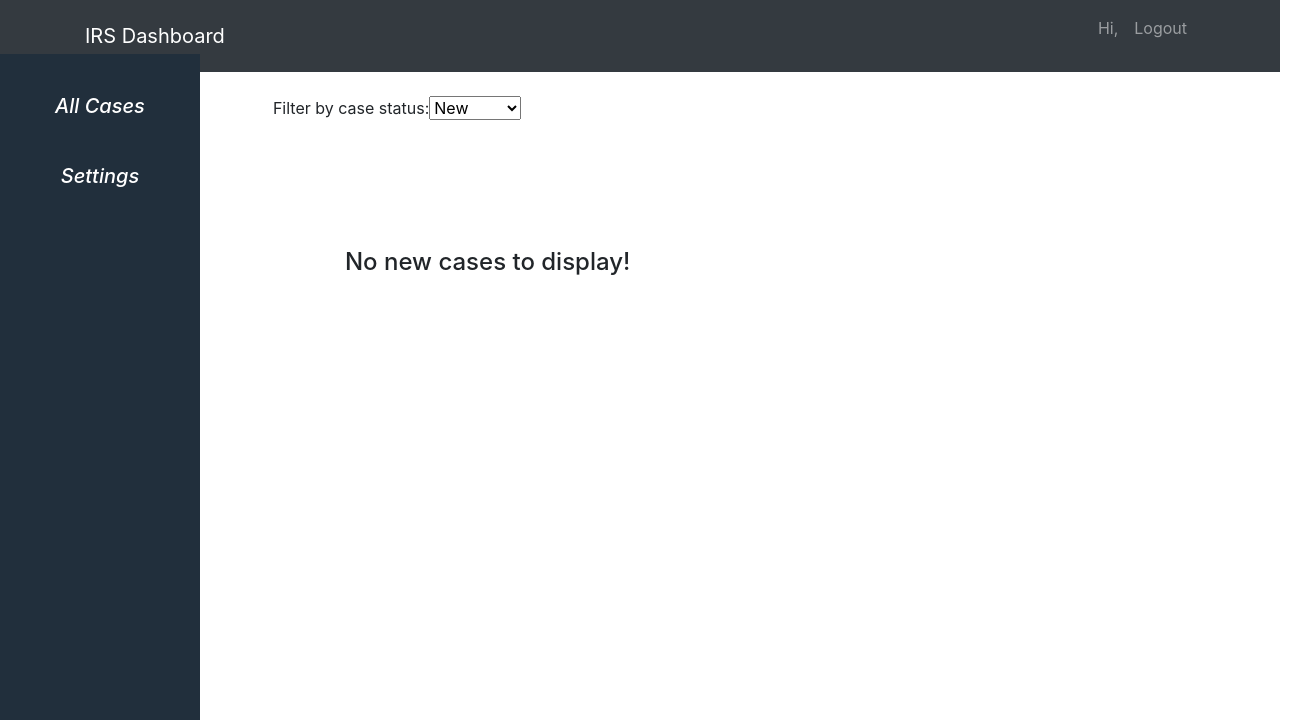
Repository: greeshmavyas/IRS_CS
Page: /AgentDashboard (app in AgentManagement/Frontend/)
These files come from the project's save history. The page is drawn as it stood at one moment and after the next save; the edit follows.
The browser window is 1280 px wide. The page is 1295 px wide, so the pictures cover 1295 px, including what lies to the right of the window. The pictures show the whole page.
Some web libraries are served in a nearby version. The project was rebuilt for these pictures with package versions that can differ from the ones it lists, and the page was loaded fresh each time. Also part of the build but not shown: AgentManagement/Frontend/src/components/NavbarLogin.js, AgentManagement/Frontend/src/components/login.js, AgentManagement/Frontend/src/components/updateProfile.js, AgentManagement/frontend/src/App.css.

Above is the page before, as saved 2020-10-27 11:28:58.

### AgentManagement/frontend/public/index.html
<!DOCTYPE html>
<html lang="en">
  <head>
    <meta charset="utf-8" />
    <link rel="icon" href="%PUBLIC_URL%/favicon.ico" />
    <meta name="viewport" content="width=device-width, initial-scale=1" />
    <meta name="theme-color" content="#000000" />
    <meta
      name="description"
      content="Web site created using create-react-app"
    />
    <link rel="apple-touch-icon" href="%PUBLIC_URL%/logo192.png" />
    <!--
      manifest.json provides metadata used when your web app is installed on a
      user's mobile device or desktop. See https://developers.google.com/web/fundamentals/web-app-manifest/
    -->
    <link rel="manifest" href="%PUBLIC_URL%/manifest.json" />
    <link rel="stylesheet" href="https://stackpath.bootstrapcdn.com/bootstrap/4.4.1/css/bootstrap.min.css"
      integrity="sha384-Vkoo8x4CGsO3+Hhxv8T/Q5PaXtkKtu6ug5TOeNV6gBiFeWPGFN9MuhOf23Q9Ifjh" crossorigin="anonymous">
    <script src="https://kit.fontawesome.com/db1fc867ad.js" crossorigin="anonymous"></script>
    <!--
      Notice the use of %PUBLIC_URL% in the tags above.
      It will be replaced with the URL of the `public` folder during the build.
      Only files inside the `public` folder can be referenced from the HTML.

      Unlike "/favicon.ico" or "favicon.ico", "%PUBLIC_URL%/favicon.ico" will
      work correctly both with client-side routing and a non-root public URL.
      Learn how to configure a non-root public URL by running `npm run build`.
    -->
    <title>React App</title>
  </head>
  <body>
    <noscript>You need to enable JavaScript to run this app.</noscript>
    <div id="root"></div>
    <script src="https://code.jquery.com/jquery-3.4.1.slim.min.js"
      integrity="sha384-J6qa4849blE2+poT4WnyKhv5vZF5SrPo0iEjwBvKU7imGFAV0wwj1yYfoRSJoZ+n" crossorigin="anonymous"></script>
    <script src="https://cdn.jsdelivr.net/npm/popper.js@1.16.0/dist/umd/popper.min.js"
      integrity="sha384-Q6E9RHvbIyZFJoft+2mJbHaEWldlvI9IOYy5n3zV9zzTtmI3UksdQRVvoxMfooAo" crossorigin="anonymous"></script>
    <script src="https://stackpath.bootstrapcdn.com/bootstrap/4.4.1/js/bootstrap.min.js"
      integrity="sha384-wfSDF2E50Y2D1uUdj0O3uMBJnjuUD4Ih7YwaYd1iqfktj0Uod8GCExl3Og8ifwB6" crossorigin="anonymous"></script>
    <!--
      This HTML file is a template.
      If you open it directly in the browser, you will see an empty page.

      You can add webfonts, meta tags, or analytics to this file.
      The build step will place the bundled scripts into the <body> tag.

      To begin the development, run `npm start` or `yarn start`.
      To create a production bundle, use `npm run build` or `yarn build`.
    -->
  </body>
</html>

### AgentManagement/Frontend/src/App.js
import React from 'react';
import { BrowserRouter } from 'react-router-dom';
import Main from "./Main"
import './App.css';

function App() {
  return (
    <div>
      <BrowserRouter>
        <Main />
      </BrowserRouter>
    </div>
  );
}

export default App;

### AgentManagement/Frontend/src/Main.js
import React, { Component } from 'react';
import { Route } from 'react-router-dom';
import login from './components/login';
import Dashboard from './components/Dashboard';
import updateProfile from './components/updateProfile';

 class Main extends Component {
    render() {
        return (
          <div>
            <Route exact path="/" component={login} />
            <Route exact path="/AgentDashboard" component={Dashboard} />
            <Route exact path="/updateProfile" component={updateProfile} />
          </div>
        );
    }
}

export default Main;

### AgentManagement/Frontend/src/components/Dashboard.js
import React, { Component } from 'react';
import axios from "axios";
import NavbarDash from "./NavbarDash";
import { Modal, ModalHeader, ModalBody, ModalFooter } from "reactstrap";
import Sidebar from './Sidebar'
import config from '../config/settings'
import Card from 'react-bootstrap/Card'
import Dropdown from 'react-bootstrap/Dropdown'
import Table from 'react-bootstrap/Table'

class Dashboard extends Component {
  constructor() {
    super();
    this.state = {
      allCases: {},
      viewcase: null,
      modal: false,
      mstatus: "open",
      flag: false
    };

  }

  showModal = () => {
    console.log("hello");
    this.setState({
      modal: !this.state.modal,
    });
  };
  showModal1 = (viewcase) => {
    console.log("hello1");
    this.setState({
      modal: !this.state.modal,
      viewcase: viewcase,
    });
  };

  handleStatusChange = (modalstatus) => {
    this.setState({
      mstatus: modalstatus
    })
  }

  async componentDidMount() {
    console.log("in get all cases frontend")

    let agentID = localStorage.getItem("agentID");
    let organisationID = localStorage.getItem("organisationID")

    axios.defaults.withCredentials = true;
    if(agentID){
      let data = {
        agentID: agentID,
        organisationID: organisationID
      };
      console.log("data is..")
      console.log(data);

      axios({
        method: 'get',
        url: 'http://' + config.hostname + ':' + config.backendPort + '/getCases',
        params: data,
      })
        .then((response) => {
          console.log("response from getCases")
          console.log(response)

          if (response.status === 200) {
            let receivedCases = response.data.cases;
            console.log("received cases")
            console.log(response.data.cases)
            if (receivedCases) {
              this.setState({ allCases: receivedCases, flag: true });
            } else {
              this.setState({ allCases: {} });
            }
          }
          else {
            this.setState({ allCases: {} });
          }

        })
        .catch(error => {
          console.log(error);
          this.setState({ allCases: {} })
        })
    }
    else{
      window.location.reload();
    }

  }

  render() {
    const closeBtn = (
      <button className="close" onClick={() => this.showModal()}>
        &times;
       </button>
    );
    var casedetails;
    if (this.state.flag) {
      casedetails = this.state.allCases.map((ticket) => {
        return (
          <div>
            <div onClick={() => this.showModal1(ticket)} >
                  <Table>
                    <tbody >
                      <tr >
                        <td style={{ width: '10rem' }}> ID: {ticket.CaseID}</td>
                        <td style={{ width: '15rem' }}>Status: {ticket.Status}</td>
                        <td style={{ width: '50rem' }}>{ticket.Information} </td>
                      </tr>
                    </tbody>
                  </Table>
            </div>
          </div>
        );
      });
    }
    return (
      <div>
        <NavbarDash />
        <div className="row">
          <div className="col-2">
            <Sidebar />
          </div>
          <div className="container col-9">
          <form action="/action_page.php">
            <label for="filters">Filter by case status:   </label>
              <select name="status" id="status">
                <option value="New">New</option>
                <option value="Open">Open</option>
                <option value="Resolved">Resolved</option>
                <option value="Pending">Pending</option>
              </select>
            <br></br>
            <br></br>
            <br></br>
          </form>
          {this.state.allCases.length > 0 ? (
              <div className="col-10">
                {casedetails}
                {this.state.viewcase != null ? (
                  <Modal
                    isOpen={this.state.modal}
                    toggle={() => this.showModal()}
                    className="modal-popup-lg"
                    scrollable
                  >
                    <ModalHeader
                      toggle={() => this.showModal()}
                      close={closeBtn}
                    >
                      Case Details
                   </ModalHeader>
                    <ModalBody className="modal-body">
                      <div className=" row form-group">
                        <p className="font-weight col-7">
                          Information : {this.state.viewcase.Information}
                        </p>
                        <div className="col-3">
                          <button class="btn btn-success dropdown-toggle" type="button" id="dropdownMenuButton" data-toggle="dropdown" aria-haspopup="true" aria-expanded="false">
                            {this.state.mstatus}</button>
                          <div class="dropdown-menu" aria-labelledby="dropdownMenuButton">
                            <button onClick={() => this.handleStatusChange("Working")} class="dropdown-item" >Working</button>
                            <button onClick={() => this.handleStatusChange("Resolved")} class="dropdown-item" >Resolved</button>
                            <button onClick={() => this.handleStatusChange("Postponed")} class="dropdown-item" >Postponed</button>
                          </div>
                        </div>
                      </div>
                      <div className="form-group">
                        <p className="font-weight-bold">
                          Resolution Comments : {this.state.viewcase.ResolutionComments}
                        </p>

                      </div>

                    </ModalBody>
                    <ModalFooter>
                    </ModalFooter>
                  </Modal>
                ) : null}
              </div>
            ) : (
                <div>
                  <h4 style={{ margin: "3em" }}>No new cases to display!</h4>
                </div>
              )}
          </div>

        </div>
      </div>
    );
  }
}

export default Dashboard;

### AgentManagement/Frontend/src/config/settings.js
module.exports = {
    "hostname": "localhost",
    "backendPort": 3001,
    'frontendHostName': 'localhost',
    'frontendPort': 3000,
};

### AgentManagement/Frontend/src/components/NavbarDash.js
import React, { Component } from 'react';

class NavbarDash extends Component {

  handleLogout = () => {
    window.localStorage.clear();
  };

  render() {
    return (
      <nav className="navbar navbar-expand-sm navbar-dark bg-dark mb-4">
        <div className="container">
          <a className="navbar-brand" href="/AgentDashboard">
            IRS Dashboard
          </a>
          <button
            className="navbar-toggler"
            type="button"
            data-toggle="collapse"
            data-target="#mobile-nav"
          >
            <span className="navbar-toggler-icon"></span>
          </button>

          <div className="collapse navbar-collapse" id="mobile-nav">

            <ul className="navbar-nav ml-auto">
              <li className="nav-item">
                <p className="nav-link" >
                  Hi, {localStorage.getItem("firstname")}
                </p>
              </li>
              <li className="nav-item">
                <a className="nav-link" href="/" onClick={this.handleLogout}>
                  Logout
                </a>
              </li>
            </ul>
          </div>
        </div>
      </nav>
    );
  }
}

export default NavbarDash;

### AgentManagement/Frontend/src/components/Sidebar.js
import React from 'react';
import styled from 'styled-components';
import { BrowserRouter as Router, Route, Link, withRouter } from "react-router-dom";

const StyledSideNav = styled.div`
    position: fixed;     /* Fixed Sidebar (stay in place on scroll and position relative to viewport) */
    height: 100%;
    width: 200px;     /* Set the width of the sidebar */
    z-index: 1;      /* Stay on top of everything */
    top: 3.4em;      /* Stay at the top */
    background-color: #212F3C ; /* Black */
    overflow-x: hidden;     /* Disable horizontal scroll */
    padding-top: 40px;
    font-style: oblique;
`;

class SideNav extends React.Component {
    constructor(props) {
        super(props);
        this.state = {
            activePath: props.location.pathname,
            items: [
                {
                  path: '/dashboard', /* path is used as id to check which NavItem is active basically */
                  name: 'All Cases',
                  key: 1 /* Key is required, else console throws error. Does this please you Mr. Browser?! */
                },
                {
                    path: '/updateProfile',
                    name: 'Settings',
                    key: 2
                  },
              ]
        }
    }

    onItemClick = (path) => {
        this.setState({ activePath: path });
    }

    render() {
        const { items, activePath } = this.state;
        return(
            <StyledSideNav>
                {
                    items.map((item) => {
                        return (
                            <NavItem
                                path={item.path}
                                name={item.name}
                                onItemClick={this.onItemClick}
                                active={item.path === activePath}
                                key={item.key}
                            />
                        );
                    })
                }
            </StyledSideNav>
        );
    }
}

const RouterSideNav = withRouter(SideNav);

const StyledNavItem = styled.div`
    height: 70px;
    width: 200px; /* width must be same size as NavBar to center */
    text-align: center; /* Aligns <a> inside of NavIcon div */
    margin-bottom: 0;   /* Puts space between NavItems */
    a {
        font-size: 2.7em;
        color: ${(props) => props.active ? "white" : "#FFFFFF"};
        :hover {
            opacity: 0.7;
            text-decoration: none; /* Gets rid of underlining of icons */
        }
    }
`;

class NavItem extends React.Component {
    handleClick = () => {
        const { path, onItemClick } = this.props;
        onItemClick(path);
    }

    render() {
        const { active } = this.props;
        return(

            <StyledNavItem active={active}>

                <Link to={this.props.path}   className={this.props.name} onClick={this.handleClick}>

                    <NavIcon> <h5 color = "#FFFFFF" >{this.props.name}</h5></NavIcon>
                </Link>
            </StyledNavItem>
        );
    }
}

const NavIcon = styled.div`
`;

export default class Sidebar extends React.Component {
    render() {
        return (
            <RouterSideNav></RouterSideNav>
        );
    }
}

Loaded but not shown: AgentManagement/Frontend/src/index.js (common file); AgentManagement/frontend/src/index.css (common file); AgentManagement/frontend/src/serviceWorker.js (common file)

After the next save:
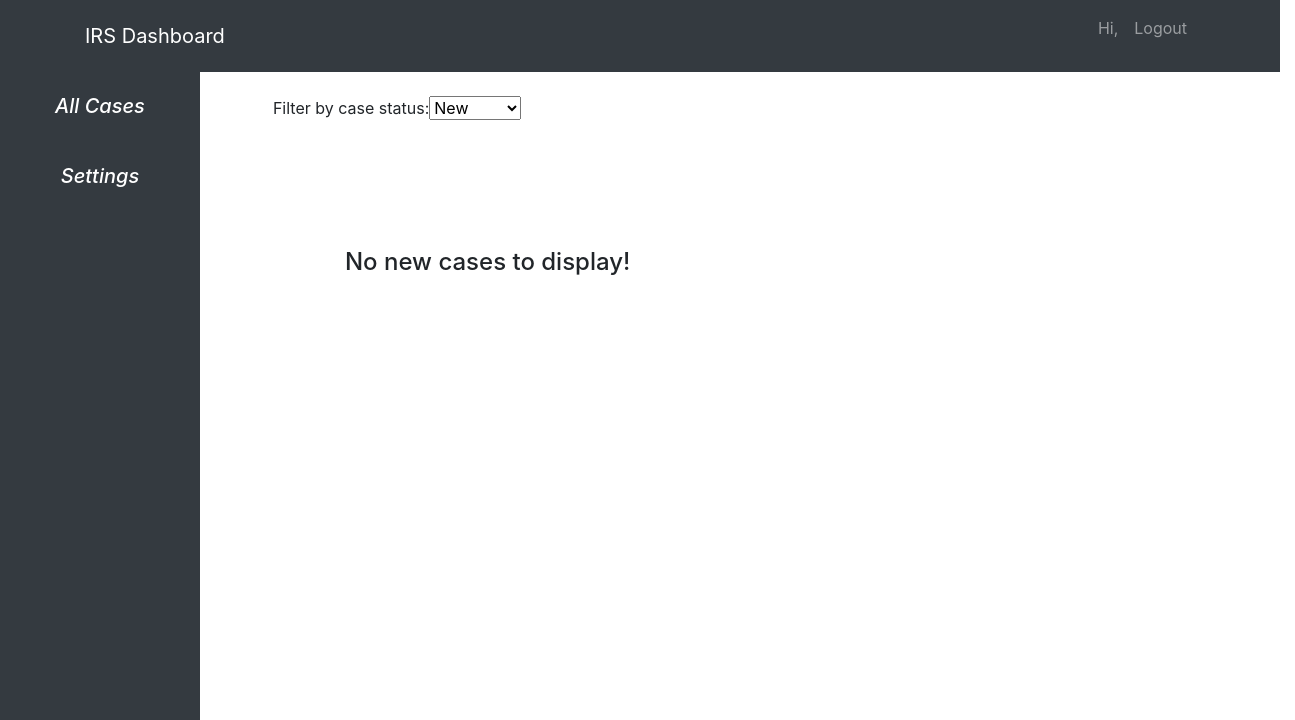
Saved 10 min 16 s later.
--- a/AgentManagement/Frontend/src/components/Sidebar.js
+++ b/AgentManagement/Frontend/src/components/Sidebar.js
@@ -8,7 +8,7 @@ const StyledSideNav = styled.div`
     width: 200px;     /* Set the width of the sidebar */
     z-index: 1;      /* Stay on top of everything */
     top: 3.4em;      /* Stay at the top */
-    background-color: #212F3C ; /* Black */
+    background-color: #343a40; /* Black */
     overflow-x: hidden;     /* Disable horizontal scroll */
     padding-top: 40px;
     font-style: oblique;
